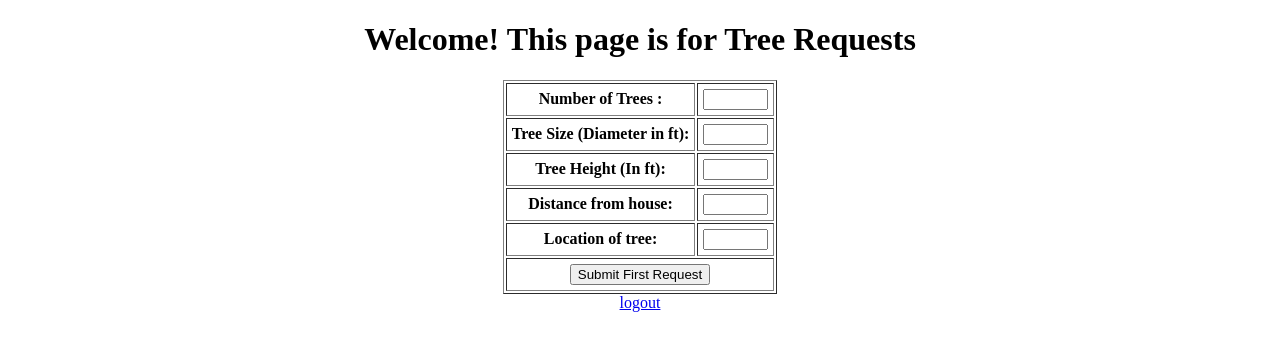
Repository: jrule5960/Tree-Cutting-Database
Page: http://localhost/database/processTreeRequest.jsp
The author's editor kept a copy of each file at every save. The page is drawn from the files as they stood at one save, then again after the next save.
The browser window is 1280 px wide. The pictures show the whole page.
The page is served by Tomcat 9. Other server files are loaded and not shown.

Above is the page before, as saved 2023-11-06 22:34:29.

### database/WebContent/processTreeRequest.jsp
<%@ page language="java" contentType="text/html; charset=ISO-8859-1"
    pageEncoding="ISO-8859-1"%>
<%@ taglib uri="http://java.sun.com/jsp/jstl/core" prefix="c" %>

<!DOCTYPE html>
<html>
<head>
<meta charset="ISO-8859-1">
<title>Process Tree page</title>
</head>

<center><h1>Welcome! This page is for Tree Requests</h1> </center>

	<center>
	</center>



	<form action = "DavidSmithView.jsp" method = "post">
	<center>

		<table border="1" cellpadding="5">
		<tr>
			<th> Number of Trees : </th>
			<td align="center" colspan="8">
			<input type = "text" name = "tree_amt" size = "5">
			</td>
		</tr>

		<tr>
			<th> Tree Size (Diameter in ft): </th>
			<td align="center" colspan="8">
			<input type = "text" name = "tree_size" size = "5">
			</td>
		</tr>

		<tr>
			<th> Tree Height (In ft): </th>
			<td align="center" colspan="8">
			<input type = "text" name = "tree_height" size = "5">
			</td>
		</tr>

		<tr>
			<th> Distance from house: </th>
			<td align="center" colspan="8">
			<input type = "text" name = "tree_distance" size = "5">
			</td>
		</tr>

		<tr>
			<th> Location of tree: </th>
			<td align="center" colspan="8">
			<input type = "text" name = "tree_location" size = "5">
			</td>
		</tr>

		<tr>
			<td align="center" colspan="8">
			<input type = "submit" value = "Submit First Request">
			</td>
		</tr>
		</center>

		</table>
	</form>


	<body>
	 <center>
		 <a href="login.jsp"target ="_self" > logout</a><br><br>
		 </center>
	</body>
</html>

After the next save:
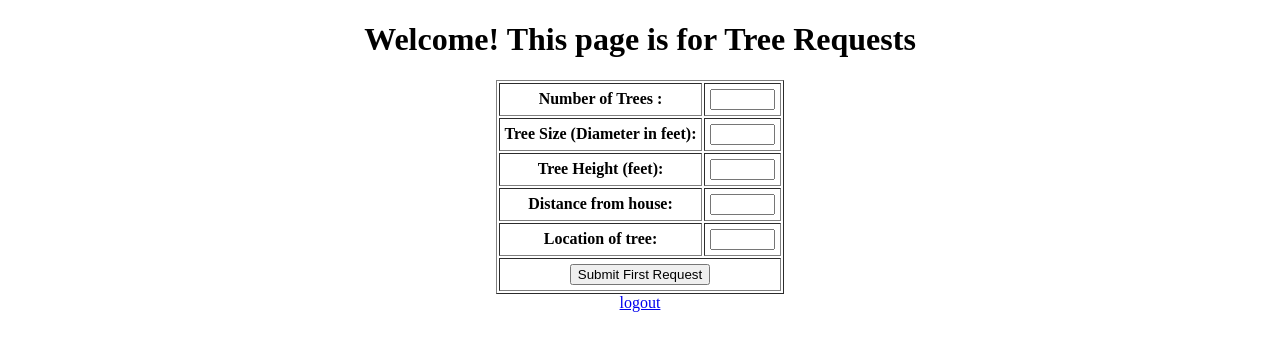
Saved 22 s later.
--- a/database/WebContent/processTreeRequest.jsp
+++ b/database/WebContent/processTreeRequest.jsp
@@ -28,14 +28,14 @@
 		</tr>
 
 		<tr>
-			<th> Tree Size (Diameter in ft): </th>
+			<th> Tree Size (Diameter in feet): </th>
 			<td align="center" colspan="8">
 			<input type = "text" name = "tree_size" size = "5">
 			</td>
 		</tr>
 
 		<tr>
-			<th> Tree Height (In ft): </th>
+			<th> Tree Height (feet): </th>
 			<td align="center" colspan="8">
 			<input type = "text" name = "tree_height" size = "5">
 			</td>
